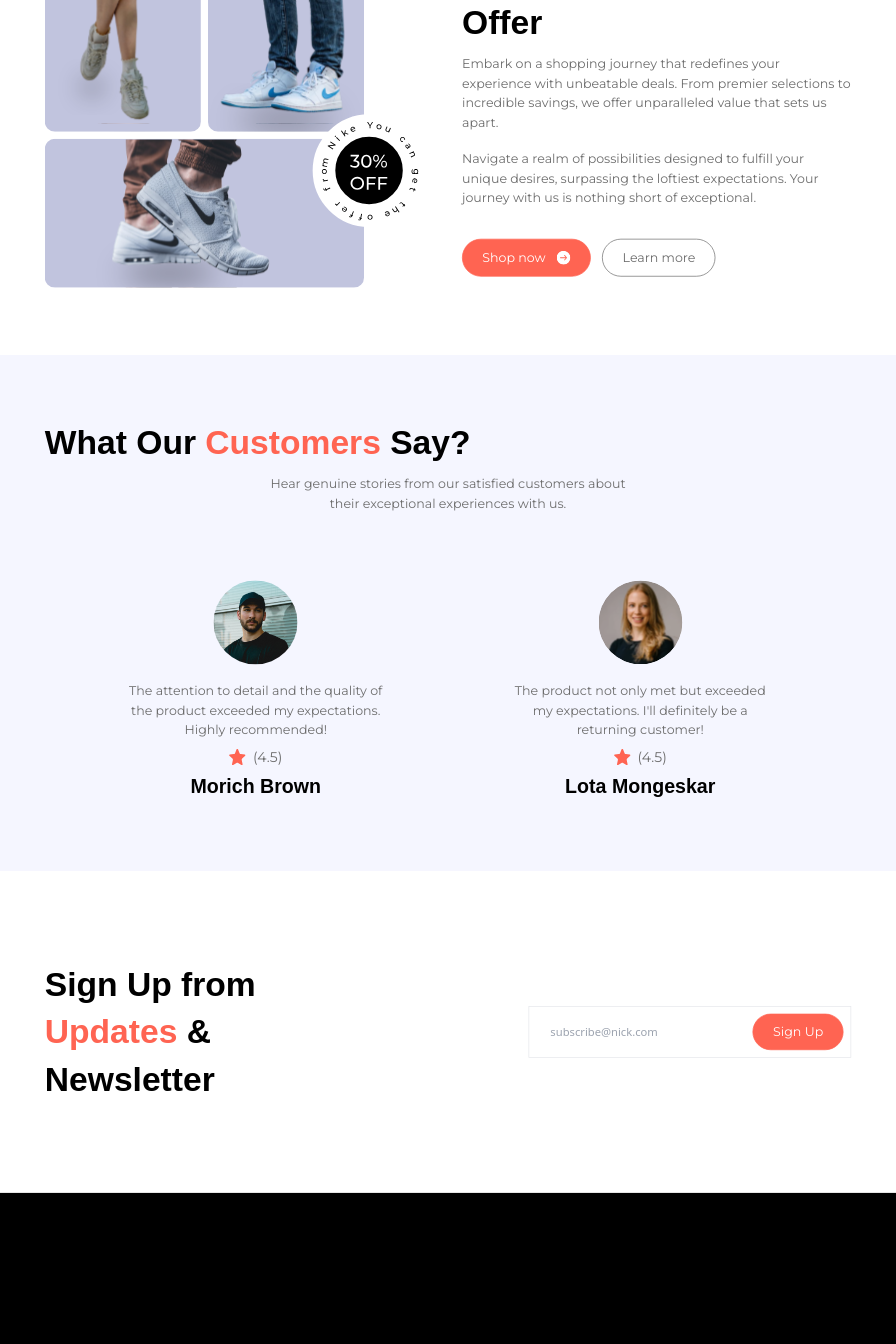
Repository: YiWang24/Nike
Page: /
These files come from the project's save history. The page is drawn as it stood at one moment and after a run of saves; the edit follows.
The browser window is 1280 px wide. The pictures show the part of the page from y = 2943 to 4863 px (the page is 4863 px tall), at 70% of full size.
Some web fonts or font styles are not loaded; a fallback is used. The project was rebuilt for these pictures with package versions that can differ from the ones it lists, and the page was loaded fresh each time. Also part of the build but not shown: vite.config.js.

Above is the page before, as saved 2024-10-28 00:02:41.

After the next 2 saves:
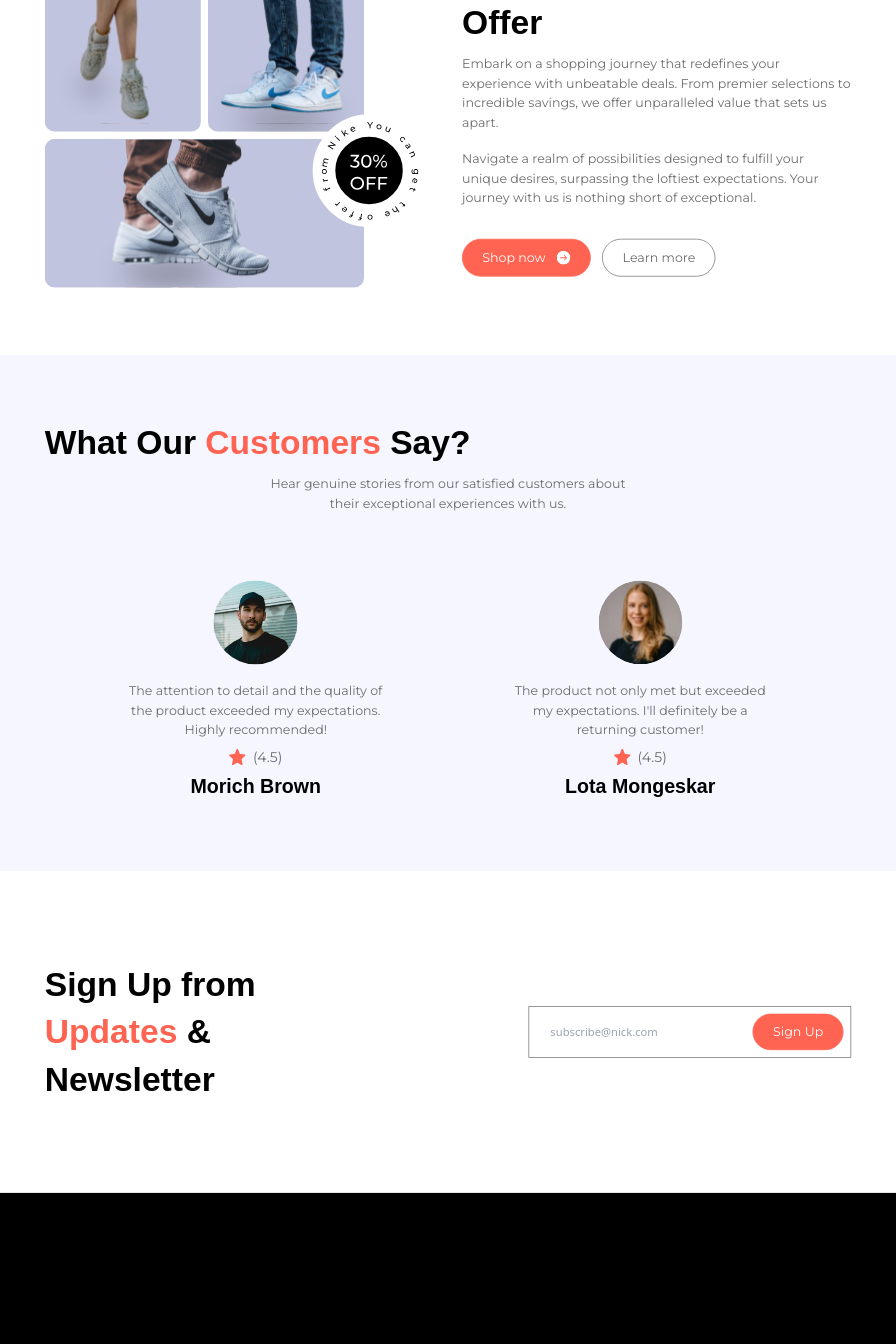
The 2 saves are shown as one change because they came seconds apart.
The last was saved 8 s later.
--- a/src/sections/Subscribe.jsx
+++ b/src/sections/Subscribe.jsx
@@ -11,7 +11,7 @@
         Sign Up from <span className="text-coral-red">Updates</span> &
         Newsletter
       </h3>
-      <div className="lg:max-w-[40%] w-full flex items-center max-sm:flex-col gap-5 p-2.5 sm:border ">
+      <div className="lg:max-w-[40%] w-full flex items-center max-sm:flex-col gap-5 p-2.5 sm:border sm:border-slate-gray">
         <input type="text" placeholder="subscribe@nick.com" className="input" />
         <div className="flex max-sm:justify-end items-center max-sm:w-full">
           <Button label="Sign Up" fullwidth />
